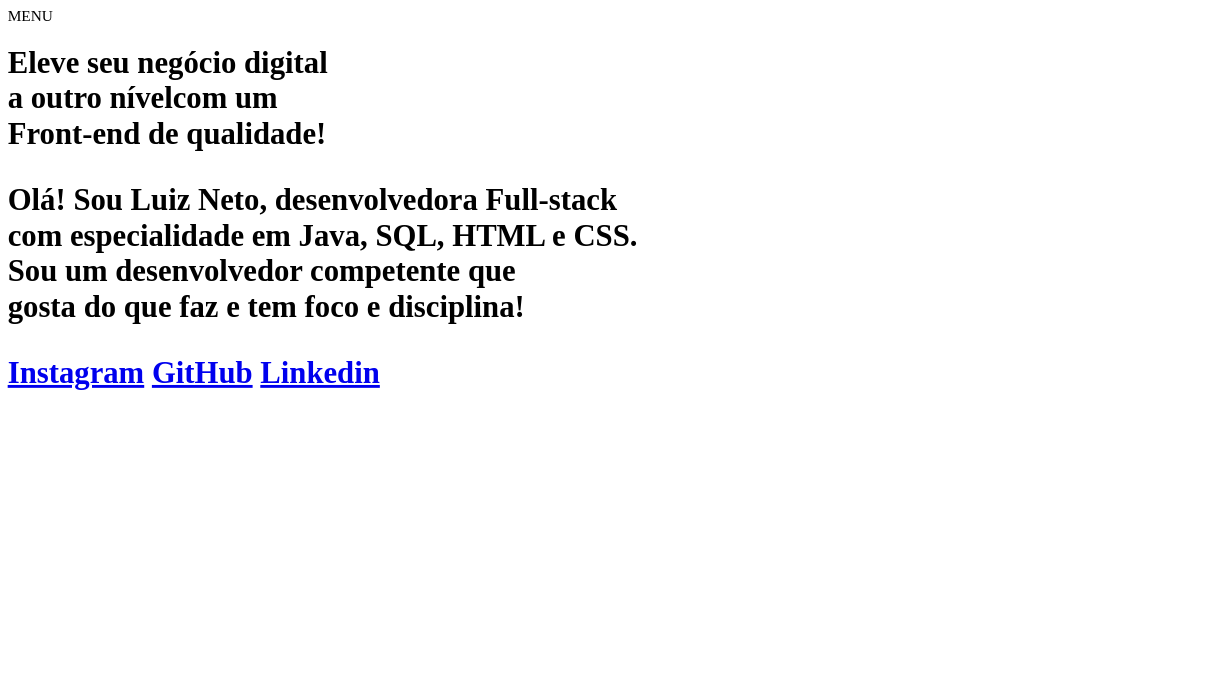
Repository: luiz123098/Sobre-mim-em-HTM-CSS
Page: htmlcss.html
An editor plug-in stored every save of this project. The page is shown before and after the next save, followed by the edit.
The browser window is 1280 px wide. The pictures show the whole page, at 96% of full size.

Above is the page before, as saved 2023-03-08 08:40:10.

### htmlcss.html
<!DOCTYPE html>
<html lang="pt-br">
<head>
    <meta charset="UTF-8">
    <meta http-equiv="X-UA-Compatible" content="IE=edge">
    <meta name="viewport" content="width=device-width, initial-scale=1.0">
    <title>Projeto Estudos</title>
</head>
<body>
    <header>MENU</header>
    <main>
        <h1>
            Eleve seu negócio digital<br>
            a outro nívelcom um<br>
            <strong>
            Front-end de qualidade!
            </strong>
            <p>
            Olá! Sou Luiz Neto, desenvolvedora Full-stack<br>
            com especialidade em Java, SQL, HTML e CSS.<br>
            Sou um desenvolvedor competente que<br>
            gosta do que faz e tem foco e disciplina!
            </p>
            <a href="https://www.instagram.com/luiz.alencar2/">
                Instagram</a>
            <a href="https://github.com/luiz123098">
                GitHub</a>
            <a href="https://www.linkedin.com/in/luiz-neto-alencar-b843651a9/">
                Linkedin</a>

        </h1>
    </main>
    <footer>

    </footer>
</body>
</html>

After the next save:
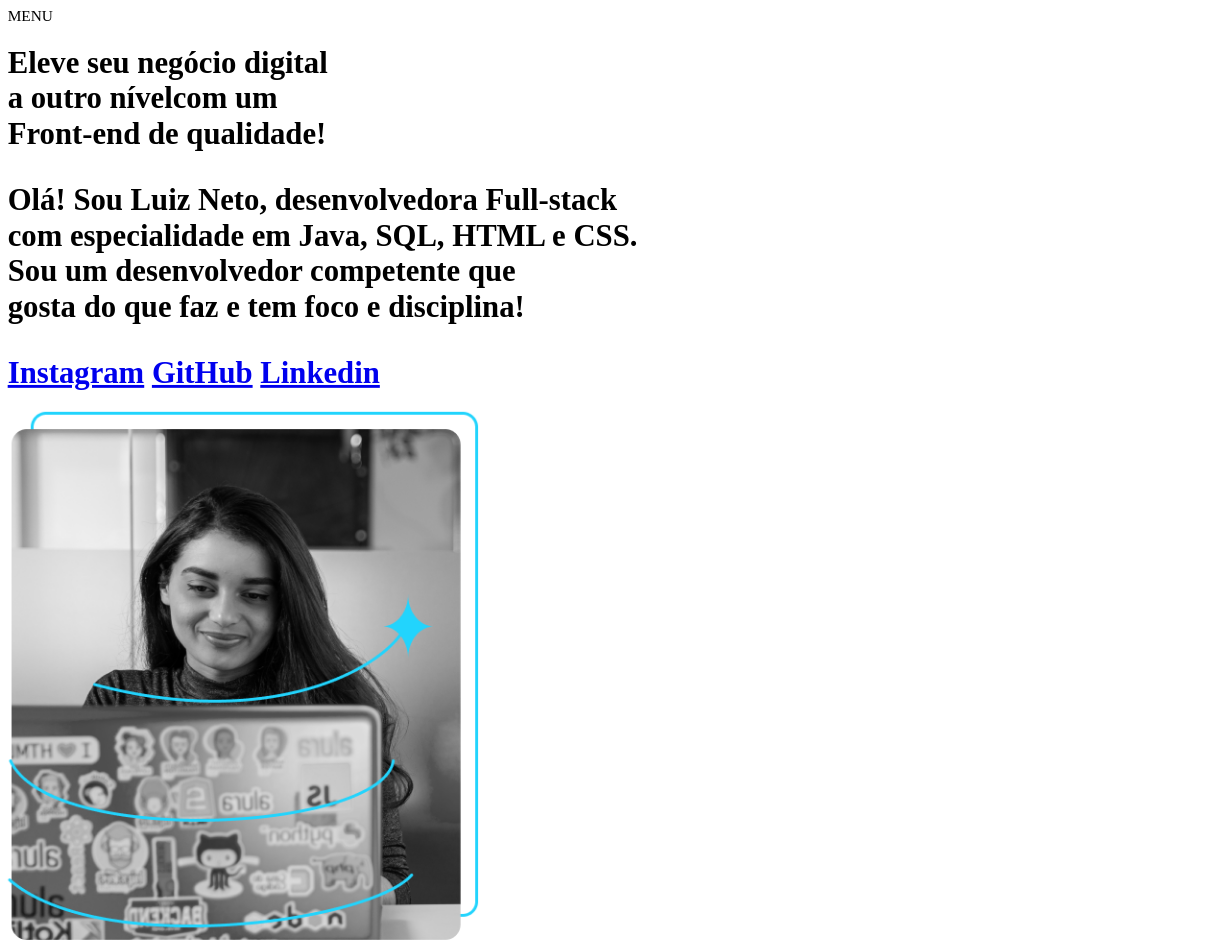
Saved 32 s later.
--- a/htmlcss.html
+++ b/htmlcss.html
@@ -27,8 +27,8 @@
                 GitHub</a>
             <a href="https://www.linkedin.com/in/luiz-neto-alencar-b843651a9/">
                 Linkedin</a>
-
         </h1>
+        <img src="Imagem.png">
     </main>
     <footer>
 
